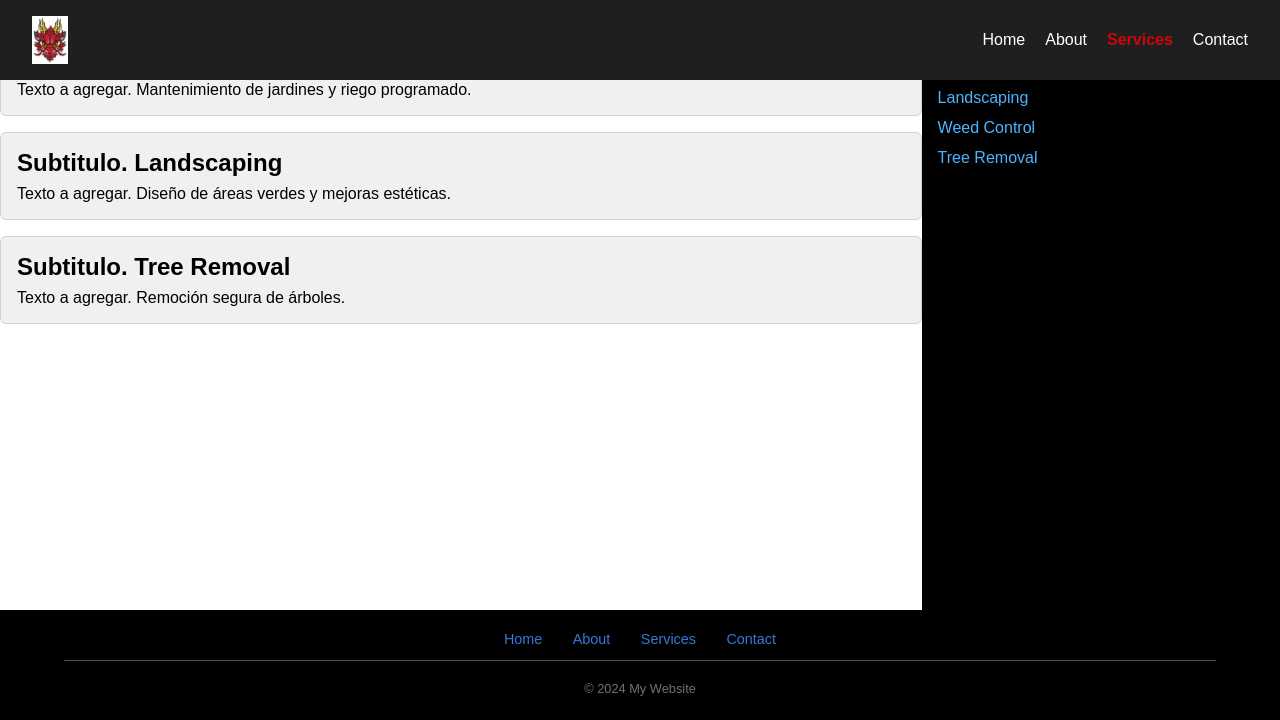
Repository: andreamm-lab/css-positioning-examples-2025-10
Page: pages/services.html
An editor plug-in stored every save of this project. The page is shown before and after the next save, followed by the edit.
The browser window is 1280 px wide. The pictures show the whole page.

Above is the page before, as saved 2025-11-10 20:27:29.

After the next save:
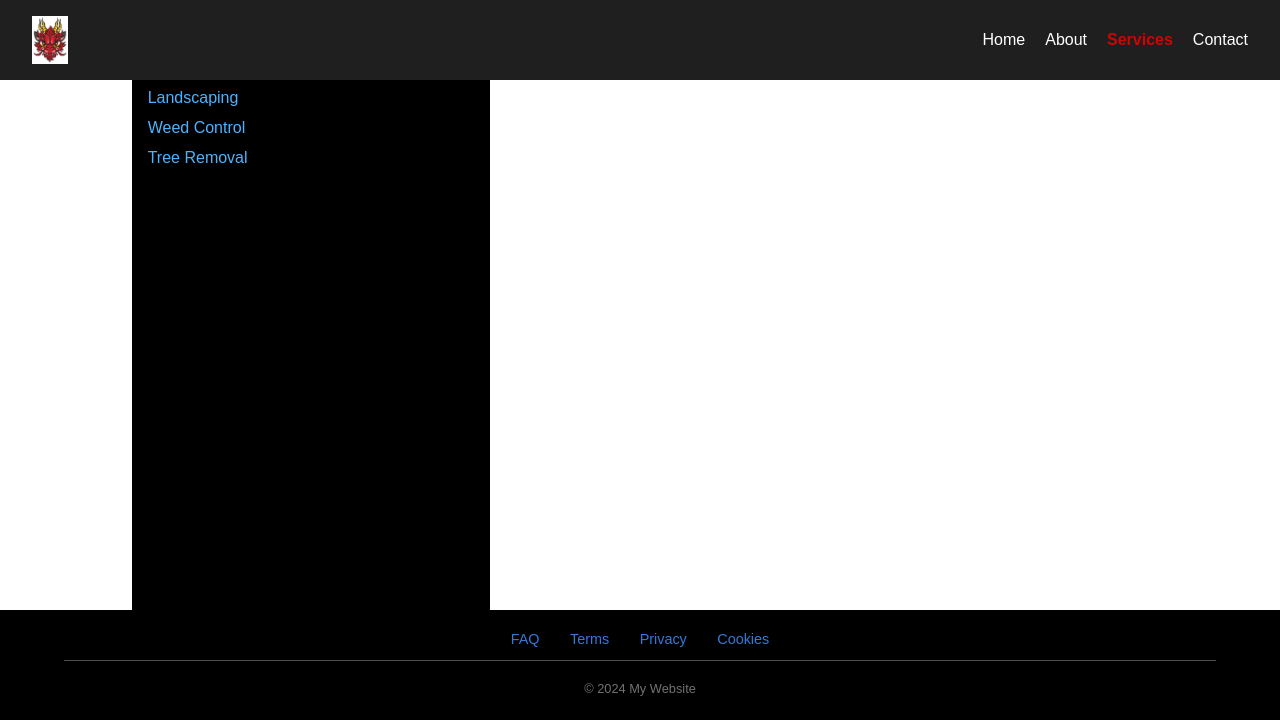
Saved 2 min 1 s later.
--- a/pages/services.html
+++ b/pages/services.html
@@ -1,48 +1,32 @@
 <!DOCTYPE html>
 <html lang="en">
 <head>
-    <meta charset="UTF-8">
-    <meta name="viewport" content="width=device-width, initial-scale=1.0">
-    <title>Services Page</title>
-    <link rel="stylesheet" href="../main.css">
+  <meta charset="UTF-8">
+  <meta name="viewport" content="width=device-width, initial-scale=1.0">
+  <title>Services Page</title>
+  <link rel="stylesheet" href="../main.css">
 </head>
 <body>
-    <header>
-        <!-- Primary navigation -->
-        <nav aria-label="Primary navigation">
-            <a href="../index.html">
-                <img src="../images/dragon.png" alt="Dragon logo">
-            </a>
-            <ul>
-                <li><a href="../index.html">Home</a></li>
-                <li><a href="about.html">About</a></li>
-                <li><a href="#" class="current">Services</a></li>
-                <li><a href="contact.html">Contact</a></li>
-            </ul>
-        </nav>
-    </header>
+  <header>
+    <!-- Primary navigation -->
+    <nav aria-label="Primary navigation">
+      <a href="../index.html">
+        <img src="../images/dragon.png" alt="Dragon logo">
+      </a>
+      <ul>
+        <li><a href="../index.html">Home</a></li>
+        <li><a href="about.html">About</a></li>
+        <li><a href="#" class="current">Services</a></li>
+        <li><a href="services.html">Contact</a></li>
+      </ul>
+    </nav>
+  </header>
 
-    <main class="page">
-        <section class="main-content">
-            <h1>Services Page</h1>
+  <main class="page">
+    <h1 id="page-title">Services</h1>
 
-            <article class="card">
-                <h2>Subtitulo. Gardening Service</h2>
-                <p>Texto a agregar. Mantenimiento de jardines y riego programado.</p>
-            </article>
 
-            <article class="card">
-                <h2>Subtitulo. Landscaping</h2>
-                <p>Texto a agregar. Diseño de áreas verdes y mejoras estéticas.</p>
-            </article>
-
-            <article class="card">
-                <h2>Subtitulo. Tree Removal</h2>
-                <p>Texto a agregar. Remoción segura de árboles.</p>
-            </article>
-        </section>
-
-        <!-- Secondary navigation ONLY in Services -->
+        <!-- Side menu -->
         <aside class="side-nav" aria-label="Services categories">
             <h2>Categories</h2>
             <ul>
@@ -52,19 +36,22 @@
                 <li><a href="#">Tree Removal</a></li>
             </ul>
         </aside>
-    </main>
+  </main>
 
-    <footer id="main-footer">
-        <nav aria-label="Footer navigation">
-            <ul>
-                <li><a href="../index.html">Home</a></li>
-                <li><a href="about.html">About</a></li>
-                <li><a href="services.html">Services</a></li>
-                <li><a href="contact.html">Contact</a></li>
-            </ul>
-        </nav>
-        <hr class="footer-line">
-        <p>© 2024 My Website</p>
-    </footer>
+  <!------------------------------------- Footer ------------------------------------->
+  <footer id="main-footer">
+    <nav aria-label="Footer navigation">
+      <ul>
+        <li><a href="#">FAQ</a></li>
+        <li><a href="#">Terms</a></li>
+        <li><a href="#">Privacy</a></li>
+        <li><a href="#">Cookies</a></li>
+      </ul>
+    </nav>
+
+    <hr class="footer-line">
+
+    <p>© 2024 My Website</p>
+  </footer>
 </body>
 </html>
